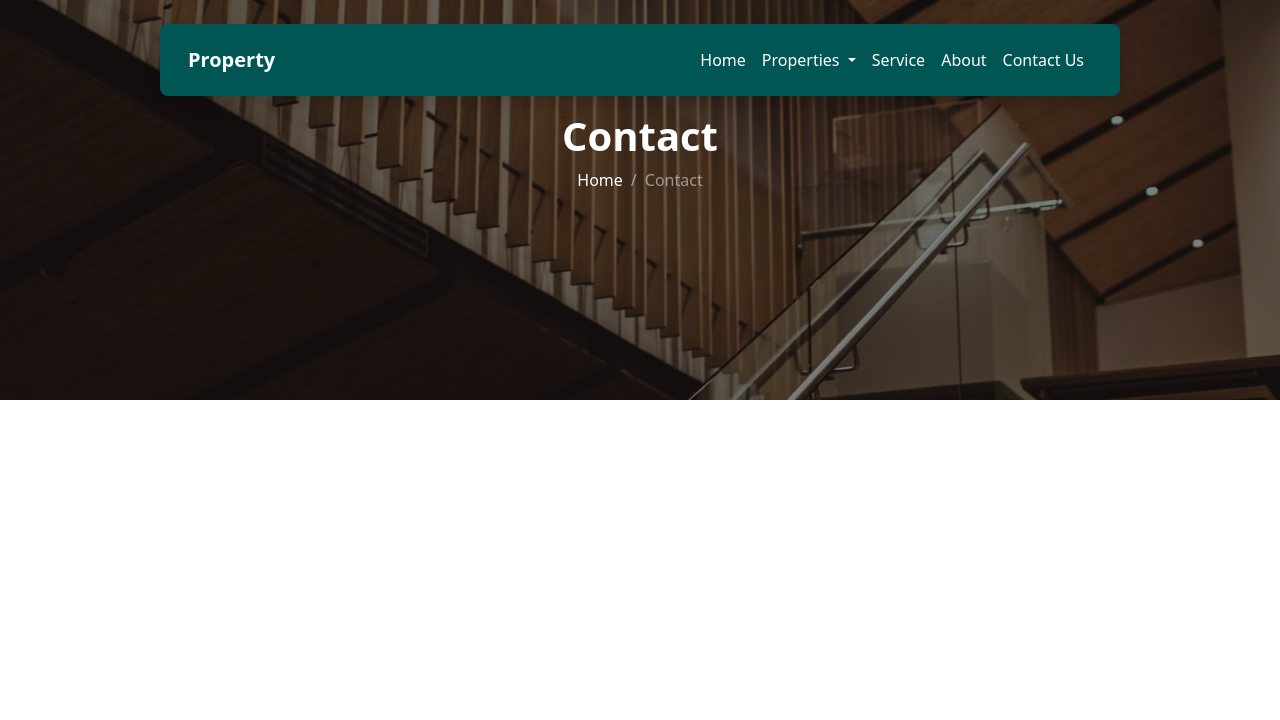
Repository: sameerrrrkhan911-git/Property
Page: contact.html
The author's editor kept a copy of each file at every save. The page is drawn from the files as they stood at one save, then again after the next save.
The browser window is 1280 px wide. The pictures show the whole page.
Some web libraries are served in a nearby version.

Above is the page before, as saved 2025-09-28 17:12:37.
Console error: TypeError: Cannot read properties of undefined (reading 'length')

After the next save:
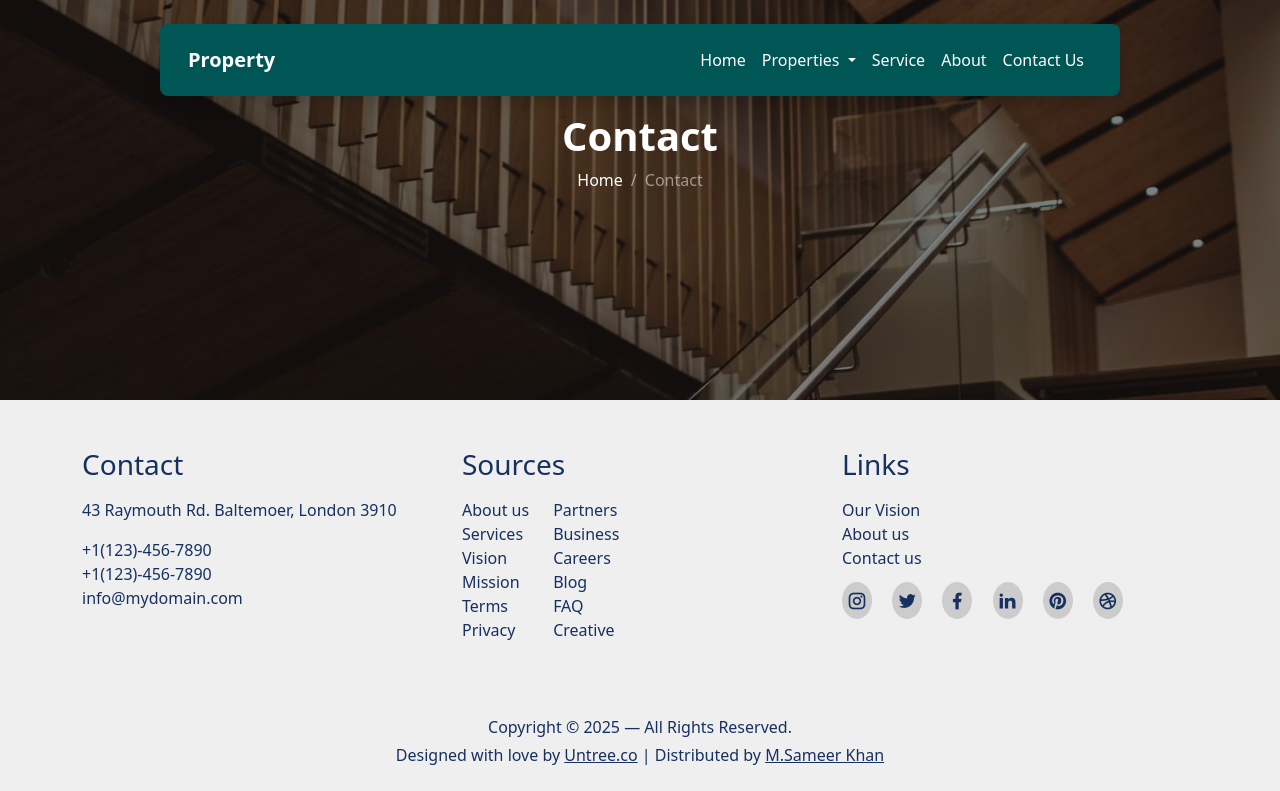
Saved 2 min 24 s later.
--- a/contact.html
+++ b/contact.html
@@ -97,8 +97,86 @@
 
     </main>
 
-<!--====FOOTER====-->
-    </footer>
+<!-- FOOTER -->
+<footer class="greyy py-5 pb-4 grey">
+
+  <div class="container">
+    <div class="row">
+
+      <!-- Contact -->
+      <div class="col-lg-4 col-md-6 mb-4">
+        <h3 class="mb-3 font-color">Contact</h3>
+        <address class="mb-3 font-color">43 Raymouth Rd. Baltemoer, London 3910</address>
+        <ul class="list-unstyled">
+          <li><a href="tel://11234567890" class=" text-decoration-none" style="color: #163060;">+1(123)-456-7890</a></li>
+          <li><a href="tel://11234567890" class=" text-decoration-none" style="color: #163060;">+1(123)-456-7890</a></li>
+          <li><a href="mailto:info@mydomain.com" class=" text-decoration-none" style="color: #163060;">info@mydomain.com</a></li>
+        </ul>
+      </div>
+
+      <!-- Sources -->
+      <div class="col-lg-4 col-md-6 mb-4">
+        <h3 class="mb-3 font-color">Sources</h3>
+        <div class="d-flex">
+          <ul class="list-unstyled me-4">
+            <li><a href="#" class="font-color text-decoration-none">About us</a></li>
+            <li><a href="#" class="font-color text-decoration-none">Services</a></li>
+            <li><a href="#" class="font-color text-decoration-none">Vision</a></li>
+            <li><a href="#" class="font-color text-decoration-none">Mission</a></li>
+            <li><a href="#" class="font-color text-decoration-none">Terms</a></li>
+            <li><a href="#" class="font-color text-decoration-none">Privacy</a></li>
+          </ul>
+          <ul class="list-unstyled">
+            <li><a href="#" class="font-color text-decoration-none">Partners</a></li>
+            <li><a href="#" class="font-color text-decoration-none">Business</a></li>
+            <li><a href="#" class="font-color text-decoration-none">Careers</a></li>
+            <li><a href="#" class="font-color text-decoration-none">Blog</a></li>
+            <li><a href="#" class="font-color text-decoration-none">FAQ</a></li>
+            <li><a href="#" class="font-color text-decoration-none">Creative</a></li>
+          </ul>
+        </div>
+      </div>
+
+      <!-- Links & Social -->
+      <div class="col-lg-4 col-md-12 mb-4">
+        <h3 class="mb-3 font-color">Links</h3>
+        <ul class="list-unstyled">
+          <li><a href="#" class="font-color text-decoration-none">Our Vision</a></li>
+          <li><a href="#" class="font-color text-decoration-none">About us</a></li>
+          <li><a href="#" class="font-color text-decoration-none">Contact us</a></li>
+        </ul>
+
+        <!-- Social icons -->
+        <div class="mt-3">
+          <a href="#" class="font-color me-3 fs-5 roundd text-color dark-grey"><i class="ri-instagram-line"></i></a>
+          <a href="#" class="font-color me-3 fs-5 roundd dark-grey" ><i class="ri-twitter-fill"></i></a>
+          <a href="#" class="font-color me-3 fs-5 roundd dark-grey"><i class="ri-facebook-fill"></i></a>
+          <a href="#" class="font-color me-3 fs-5 roundd dark-grey"><i class="ri-linkedin-fill"></i></a>
+          <a href="#" class="font-color me-3 fs-5 roundd dark-grey"><i class="ri-pinterest-fill"></i></a>
+          <a href="#" class="font-color fs-5 roundd dark-grey"><i class="ri-dribbble-line"></i></a>
+        </div>
+      </div>
+
+    </div>
+
+    <hr class="border-light">
+
+    <!-- Copyright -->
+    <div class="row">
+      <div class="col-12 text-center">
+        <p class="mb-1 font-color">
+          Copyright © <script>document.write(new Date().getFullYear());</script> — All Rights Reserved.
+        </p>
+        <p class="mb-0 font-color">
+          Designed with love by <a href="https://untree.co" class="font-color text-decoration-underline">Untree.co</a>
+          | Distributed by <a href="https://themewagon.com/" target="_blank" class="font-color text-decoration-underline">M.Sameer Khan</a>
+        </p>
+      </div>
+    </div>
+
+  </div>
+
+</footer>
 
   <!-- Bootstrap JS -->
   <script src="https://cdn.jsdelivr.net/npm/bootstrap@5.3.8/dist/js/bootstrap.bundle.min.js"></script>
@@ -134,6 +212,5 @@
     });
   </script>
 
-
 </body>
 </html>
